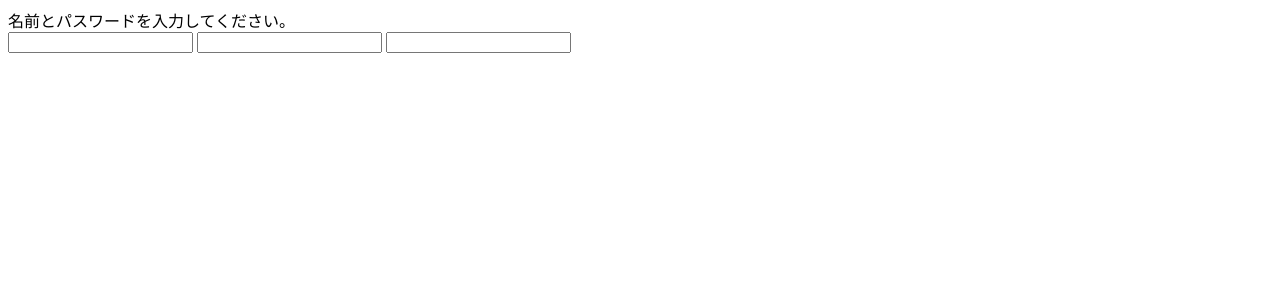
Repository: yukisu18/test
Page: http://localhost/HelloServlet/welcome.jsp
These files come from the project's save history. The page is drawn as it stood at one moment and after the next save; the edit follows.
The browser window is 1280 px wide. The pictures show the whole page.
The page is served by Tomcat 9.

Above is the page before, as saved 2018-12-12 10:51:49.

After the next save:
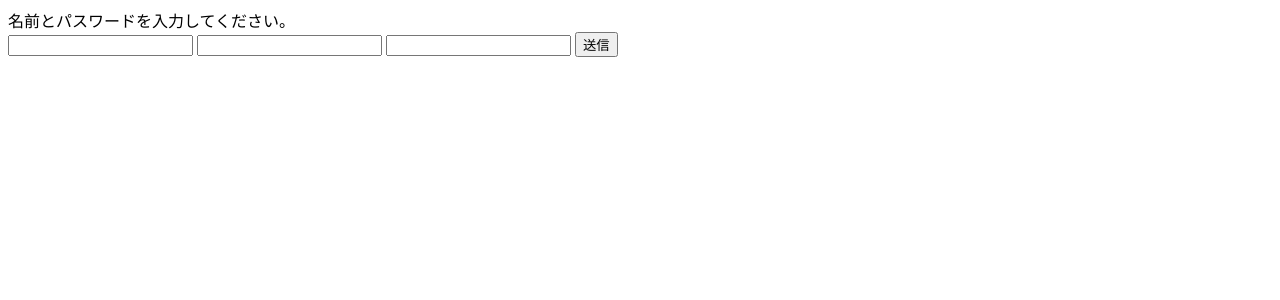
Saved 10 min 13 s later.
--- a/HelloServlet/WebContent/welcome.jsp
+++ b/HelloServlet/WebContent/welcome.jsp
@@ -12,6 +12,7 @@
 	<input type="text" name="username">
 	<input type="password" name="username">
 	<input type="password" name="password">
+	<input type="submit" value="送信">
 	</form>
 </body>
 </html>
